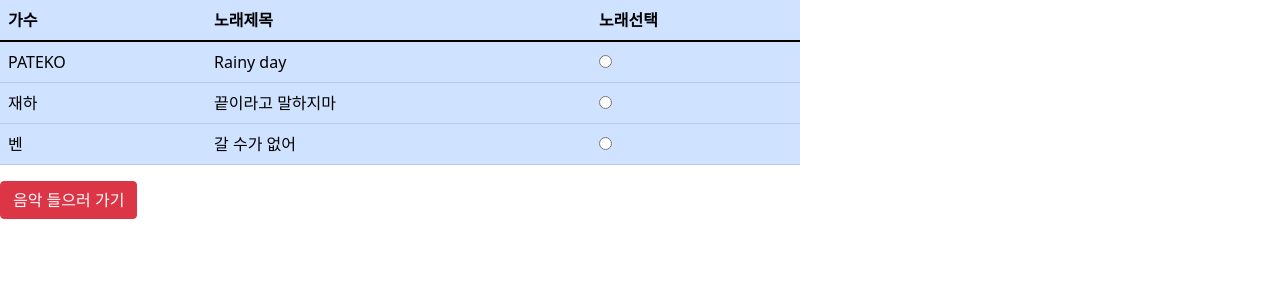
Repository: limbbbyoung/JSP_practice
Page: http://localhost/JSPbasic/jspobject/quiz/music.jsp
These files come from the project's save history. The page is drawn as it stood at one moment and after the next save; the edit follows.
The browser window is 1280 px wide. The pictures show the whole page.
The page is served by Tomcat 9.

Above is the page before, as saved 2022-03-28 09:48:31.

After the next save:
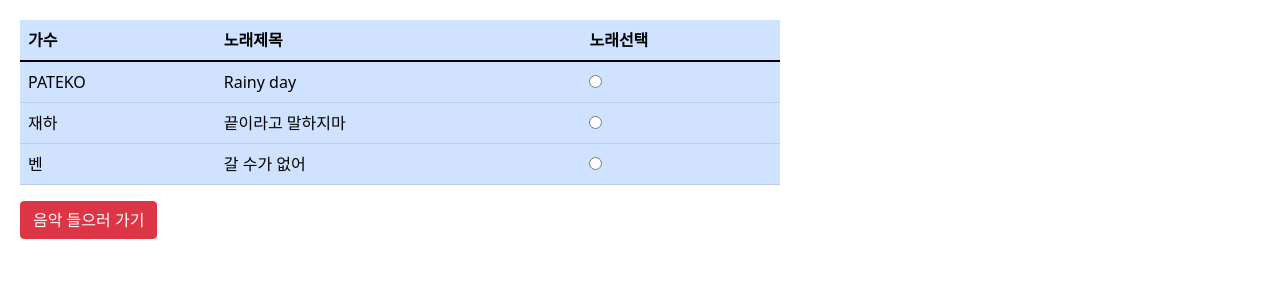
Saved 17 s later.
--- a/JSPbasic/src/main/webapp/jspobject/quiz/music.jsp
+++ b/JSPbasic/src/main/webapp/jspobject/quiz/music.jsp
@@ -4,7 +4,8 @@
 <html>
 <head>
 <style>
-  body { width : 800px; }
+  body { width : 800px;
+         padding : 20px; }
 </style>
 <link href="https://cdn.jsdelivr.net/npm/bootstrap@5.1.3/dist/css/bootstrap.min.css" rel="stylesheet" integrity="sha384-1BmE4kWBq78iYhFldvKuhfTAU6auU8tT94WrHftjDbrCEXSU1oBoqyl2QvZ6jIW3" crossorigin="anonymous">
 <meta charset="UTF-8">
